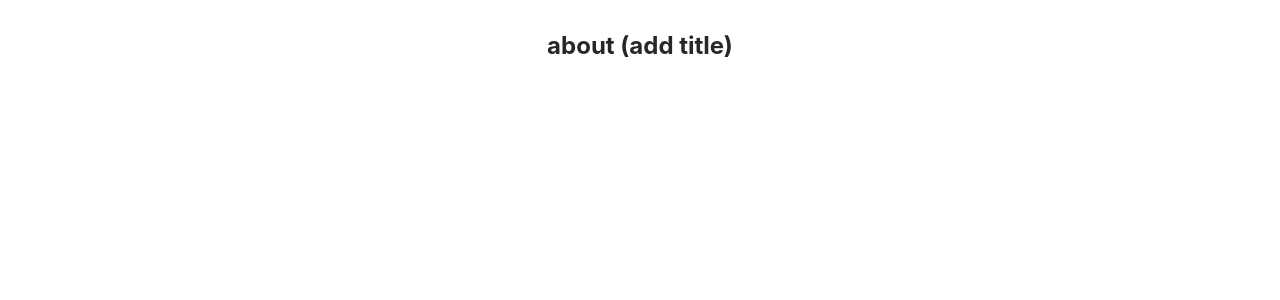
Repository: ValGrace/-static-site
Page: /about (app in client/)
An editor plug-in stored every save of this project. The page is shown before and after the next save, followed by the edit.
The browser window is 1280 px wide. The pictures show the whole page.
The project was rebuilt for these pictures with package versions that can differ from the ones it lists, and the page was loaded fresh each time. Also part of the build but not shown: client/vite.config.js, client/src/Utils/appwrite.js, client/src/Components/Inputs.css, client/src/Components/Login.jsx, client/src/Components/Signup.jsx, client/src/Components/HomeSection.jsx, client/src/Components/TopSection.jsx, client/src/Pages/HomePage.jsx.

Above is the page before, as saved 2023-02-05 13:56:46.

After the next save:
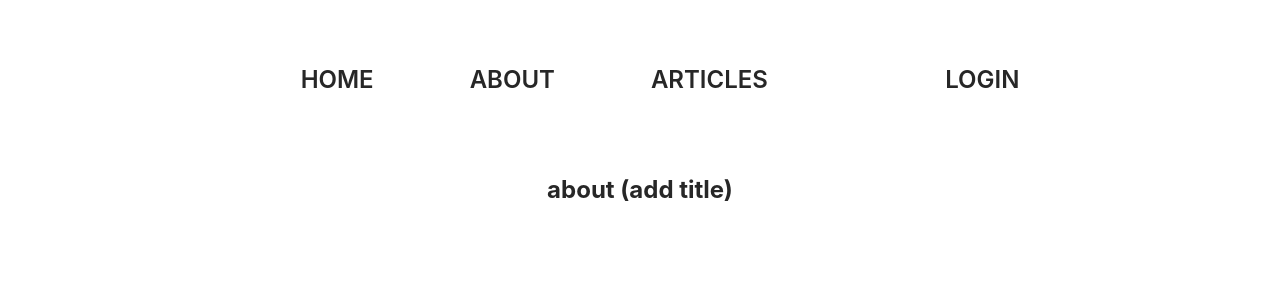
Saved 40 s later.
--- a/client/src/Pages/aboutPage.jsx
+++ b/client/src/Pages/aboutPage.jsx
@@ -1,8 +1,9 @@
-
+import Navbar from "../Components/Navbar"
 
 const AboutPage = () => {
    return (
     <>
+    <Navbar />
     <h2>about (add title)</h2>
     </>
    )
